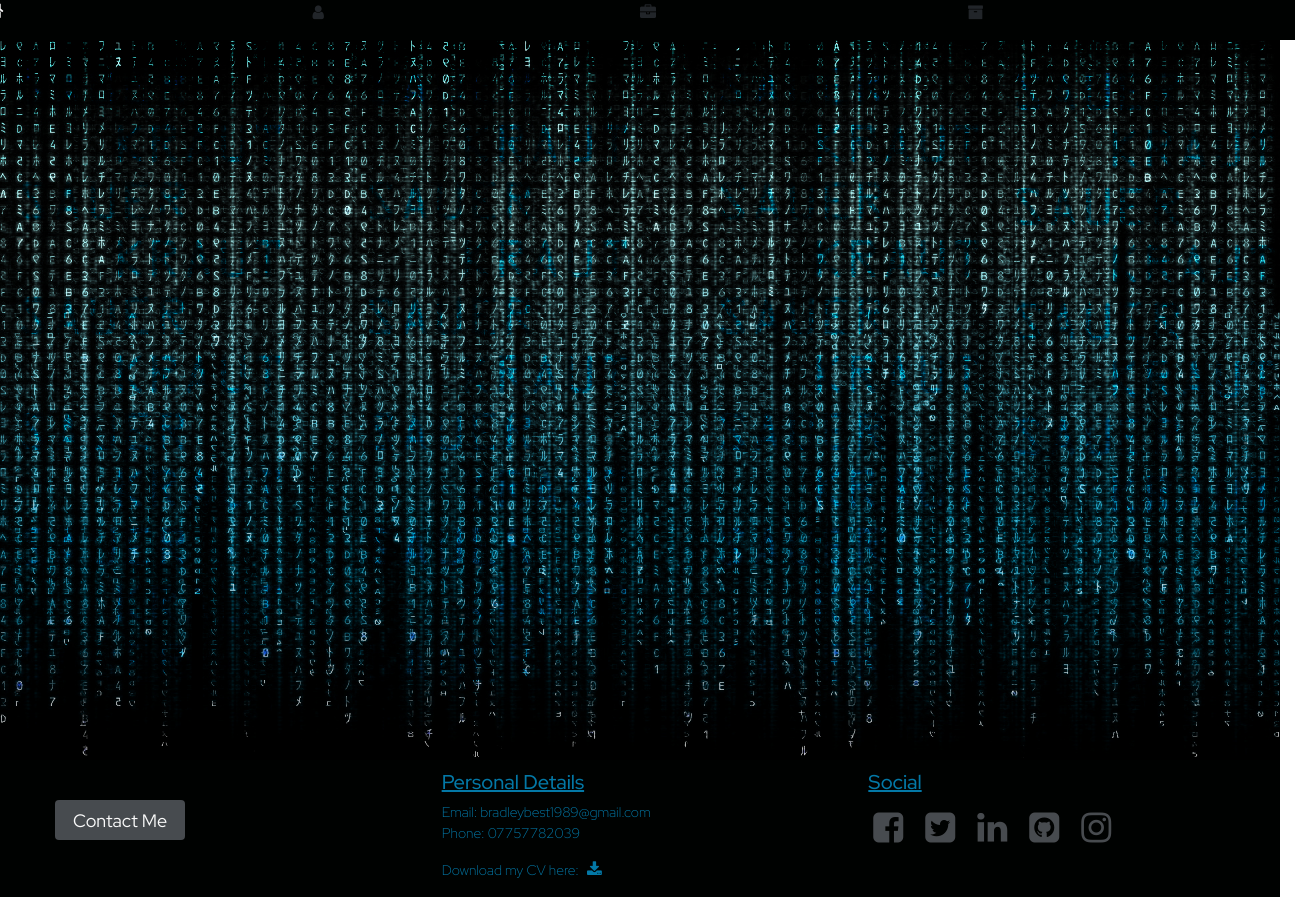
Repository: Brad000/Resume-project
Page: index.html
The author's editor kept a record of every edit. The page is drawn from the files as they stood at one moment, then again after the next edit.
The browser window is 1280 px wide. The page is 1295 px wide, so the pictures cover 1295 px, including what lies to the right of the window. The pictures show the whole page.

Above is the page before.

After the next edit:
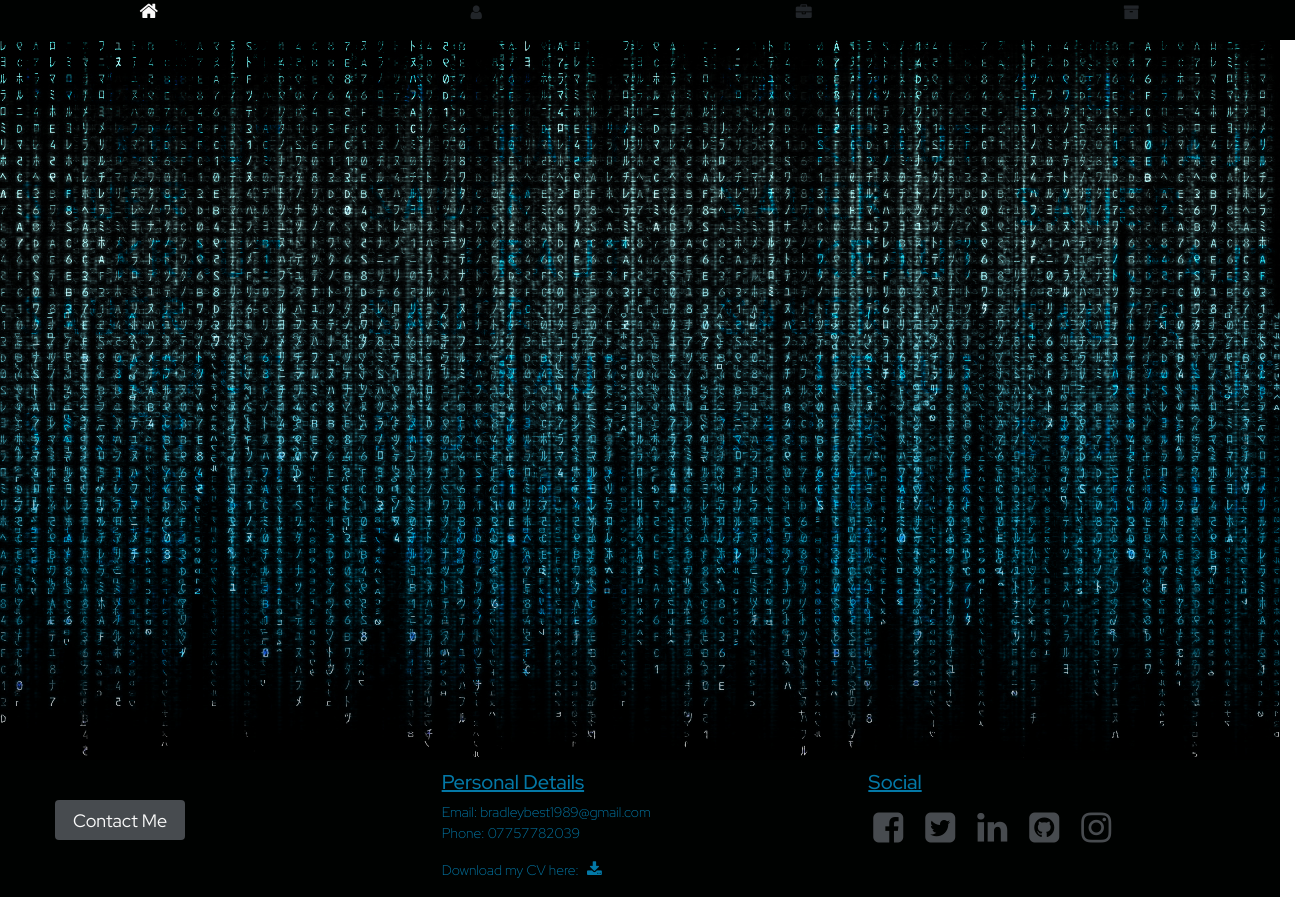
The edit:
--- a/assets/css/style.css
+++ b/assets/css/style.css
@@ -14,8 +14,8 @@
 
 .nav-item {
   height: 40px;
-  padding: 0;
   background-color: #000201;
+  text-align: center;
 }
 
 .fa-home {
